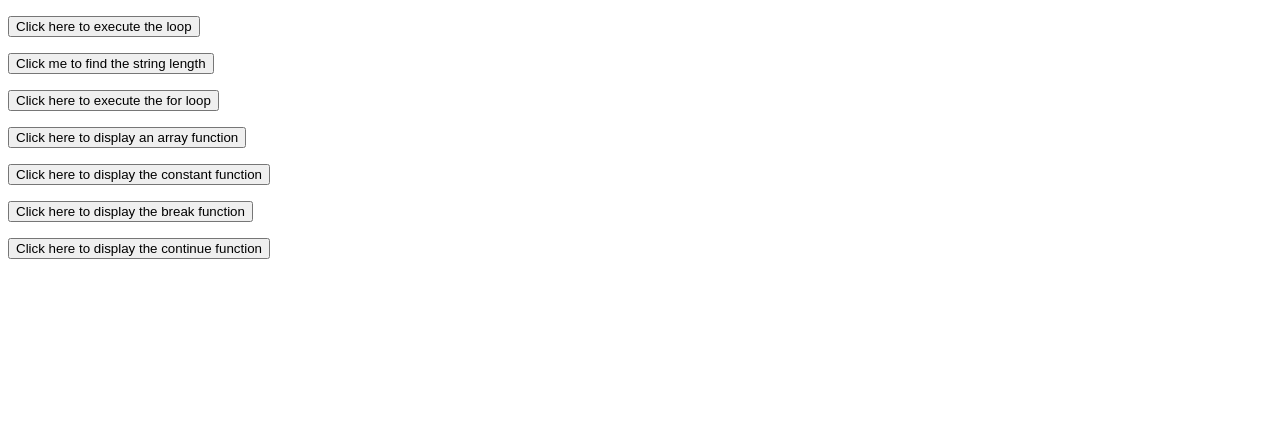
Repository: andyd71/Javascript-Projects
Page: Basic Javascript Projects/Project10_loops_arrays/index.html
An editor plug-in stored every save of this project. The page is shown before and after the next save, followed by the edit.
The browser window is 1280 px wide. The pictures show the whole page.

Above is the page before, as saved 2021-03-20 21:31:45.

After the next save:
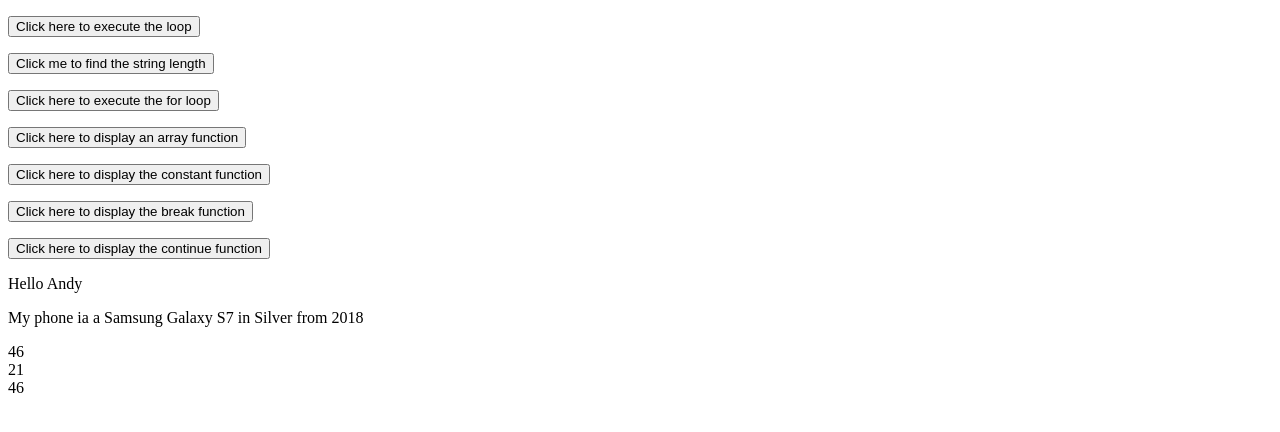
Saved 71 s later.
--- a/Basic Javascript Projects/Project10_loops_arrays/JS/main.js
+++ b/Basic Javascript Projects/Project10_loops_arrays/JS/main.js
@@ -8,8 +8,83 @@
     document.getElementById("Loop").innerHTML = Digit;
 }
 
-function Str_length() {
+function str_length() {
     var str = "Boys will be boys";
     var n = str.length;
-    document.getElementById("str_length").innerHTML = n;
+    document.getElementById("Str_length").innerHTML = n;
 }
+
+var instruments = ["Piano", "Piccolo", "Trumpet", "Saxophone", "Flute"];
+var content = "";
+var Y;
+function for_Loop() {
+    for (Y = 0; Y < instruments.length; Y++) {
+        content += instruments[Y] + "<br>";
+    }
+    document.getElementById("List_of_Instruments").innerHTML = content;
+}
+
+function array_Function() {
+    var Car = [];
+    Car[0] = "Renault Megane";
+    Car[1] = "Ford Escort";
+    Car[2] = "Vauxhall Astra";
+    Car[3] = "BMW 3 series";
+    document.getElementById("Array").innerHTML = "At the moment, the car I am driving is a " + Car[2] + ".";
+}
+
+function constant_function() {
+    const Television = {type:"42 inch", make:"Samsung", color:"silver"};
+    Television.make = "Panansonic";
+    Television.price = "£500";
+    document.getElementById("Constant").innerHTML = "I have bought a " + Television.type + " " + Television.make + " TV and it cost me " + Television.price + ".";
+}
+
+var X = 46;
+document.write(X);
+{
+    let X = 21;
+    document.write("<br>" + X);
+}
+document.write("<br>" + X);
+
+function myFunction(name) {
+    return "Hello " + name;
+}
+document.getElementById("back").innerHTML = myFunction("Andy");
+
+let phone = {
+    make: "Samsung ",
+    model: "Galaxy S7 ",
+    year: " 2018 ",
+    color: "Silver ",
+    description: function() {
+        return "My phone ia a " + this.make + this.model + "in " + this.color + "from" + this.year;
+    }
+
+};
+document.getElementById("Phone_Object").innerHTML = phone.description()
+
+function stop() {
+    var text = "";
+    var i;
+    for (i = 0; i < 5; i++) {
+        if (i === 3) {
+            break;
+        }
+        text += "The number is " + i + "<br>";
+    }
+    document.getElementById("break_function").innerHTML = text;
+}
+
+function cont() {
+    var text = "";
+    var i;
+    for (i = 0; i < 10; i++) {
+        if (i === 3) {
+            continue;
+        }
+        text += "The number is " + i + "<br>";
+    }
+    document.getElementById("continue_function").innerHTML = text;
+}
